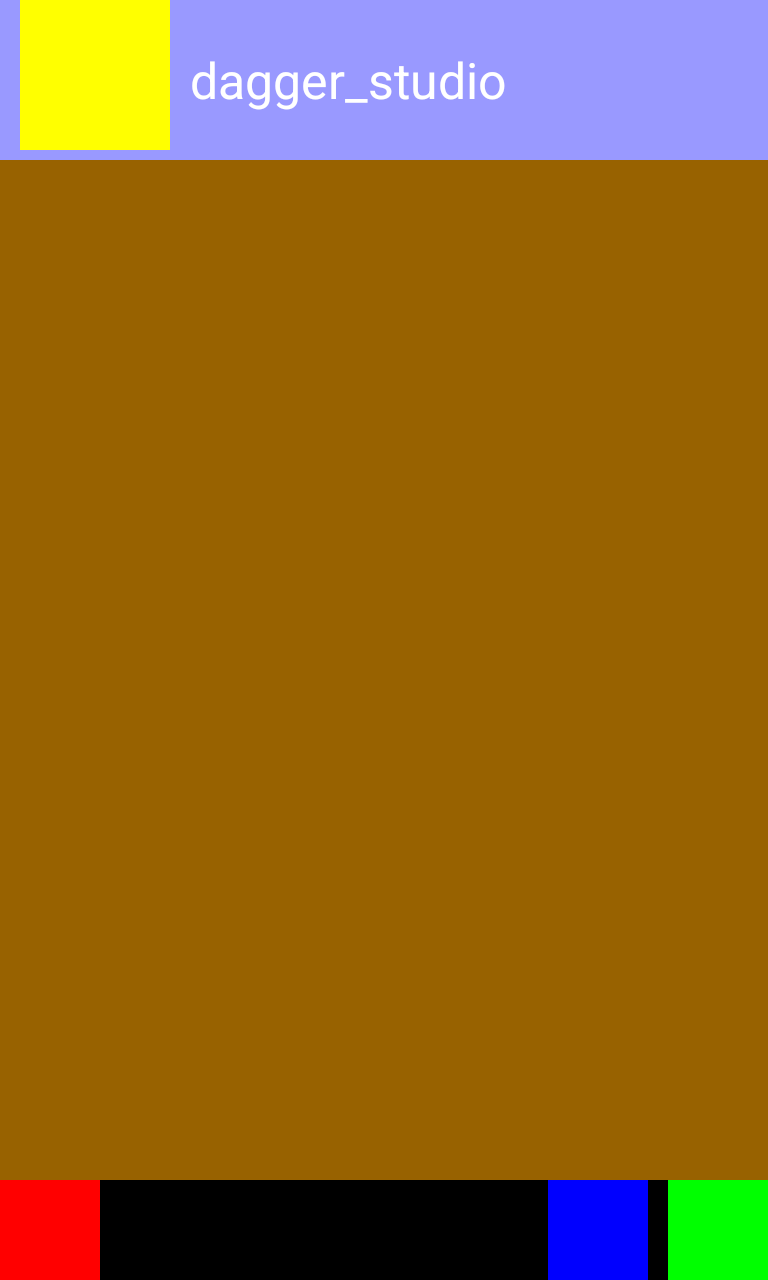
Repository: zhaoguoquan94/Purified
Layout: Android/Purified/res/layout/activity_main_drawer.xml
The author's editor kept a copy of each file at every save. The layout is drawn from the files as they stood at one save, then again after the next save.
It is drawn on a 768 x 1280 px phone screen (xhdpi) without system bars, with theme android:Theme; the app's code is not run.

Above is the layout before, as saved 2014-06-30 23:55:20.

### Android/Purified/res/layout/activity_main_drawer.xml
<?xml version="1.0" encoding="utf-8"?>
<LinearLayout xmlns:android="http://schemas.android.com/apk/res/android"
    android:layout_width="match_parent"
    android:layout_height="match_parent"
    android:background="#9999FF"
    android:orientation="vertical" >

    <LinearLayout
        android:id="@+id/drawer_header"
        android:layout_width="match_parent"
        android:layout_height="80dp"
        android:layout_gravity="center"
        android:orientation="horizontal" >

        <ImageView
            android:id="@+id/avatar_drawer"
            android:layout_width="75dp"
            android:layout_height="75dp"
            android:layout_marginLeft="10dp"
            android:background="#FFFF00" />

        <TextView
            android:id="@+id/username_drawer"
            android:layout_width="wrap_content"
            android:layout_height="wrap_content"
            android:layout_gravity="center"
            android:layout_marginLeft="10dp"
            android:text="dagger_studio"
            android:textColor="#FFFFFF"
            android:textSize="25sp" />
    </LinearLayout>
    <!-- 顶部的头像区 -->
    <!--
         <ScrollView
        android:layout_width="wrap_content"
        android:layout_height="wrap_content"
        android:id="@+id/scroller_drawer"
        android:background="#0000FF"
        />
    -->

    <LinearLayout
        android:id="@+id/scroller_drawer"
        android:layout_width="match_parent"
        android:layout_height="match_parent"
        android:layout_weight="0.44"
        android:background="#986200"
        android:orientation="horizontal" >
    </LinearLayout>
    <!-- 中部滚动目录 -->

    <RelativeLayout
        android:layout_width="match_parent"
        android:layout_height="50dp"
        android:background="#000000"
        android:id="@+id/bottomBar_drawer"
		>

        <Button
            android:id="@+id/settingButton_drawer"
            android:layout_width="50dp"
            android:layout_height="50dp"
            android:layout_gravity="left"
            android:background="#FF0000" />

        <Button
            android:id="@+id/refreshButton_drawer"
            android:layout_width="50dp"
            android:layout_height="50dp"
			android:layout_alignParentTop="true"
            android:layout_toLeftOf="@+id/searchButton_drawer"
            android:layout_marginRight="10dp"
            android:background="#0000FF" />

        <Button
            android:id="@+id/searchButton_drawer"
            android:layout_width="50dp"
            android:layout_height="50dp"
			android:layout_alignParentRight="true"
            android:layout_alignParentTop="true"
            android:background="#00FF00" />

    </RelativeLayout>
    <!-- 底部控制元件横栏 -->

</LinearLayout>

After the next save:
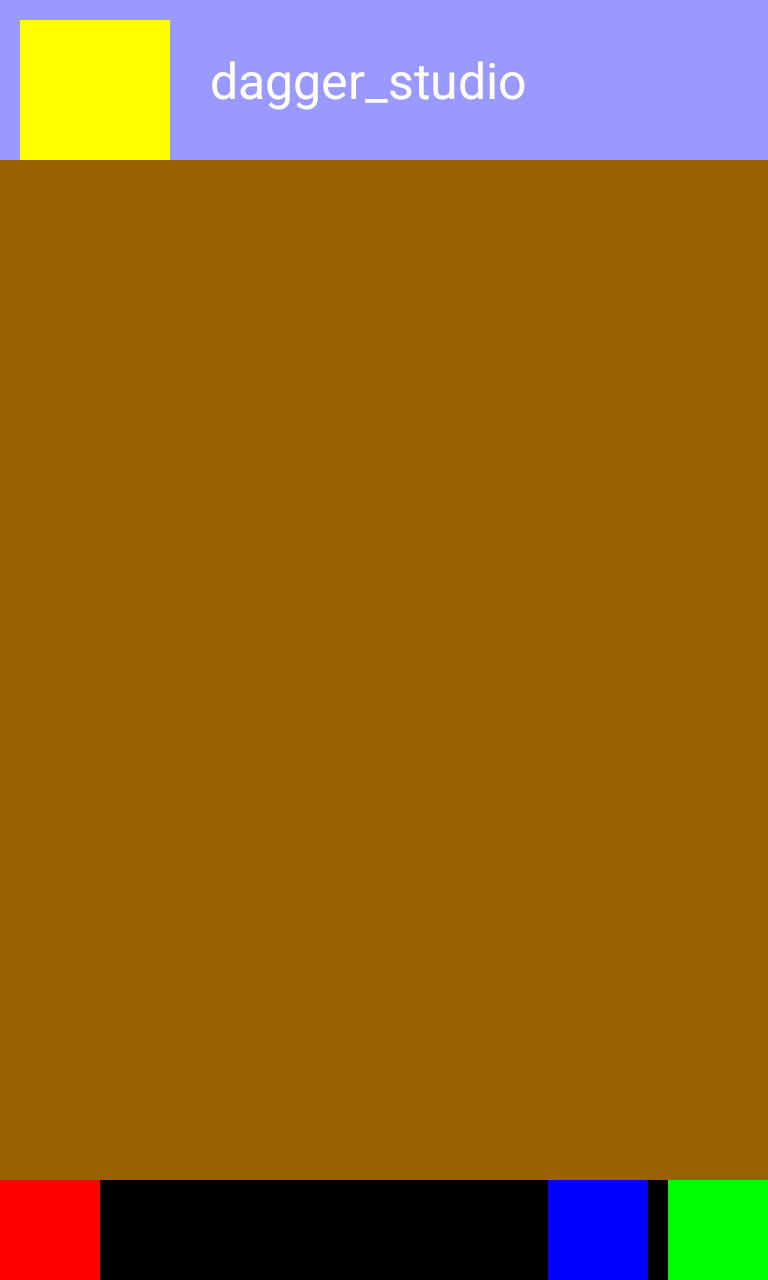
Saved 8 s later.
--- a/Android/Purified/res/layout/activity_main_drawer.xml
+++ b/Android/Purified/res/layout/activity_main_drawer.xml
@@ -16,7 +16,7 @@
             android:id="@+id/avatar_drawer"
             android:layout_width="75dp"
             android:layout_height="75dp"
-            android:layout_marginLeft="10dp"
+            android:layout_margin="10dp"
             android:background="#FFFF00" />
 
         <TextView
